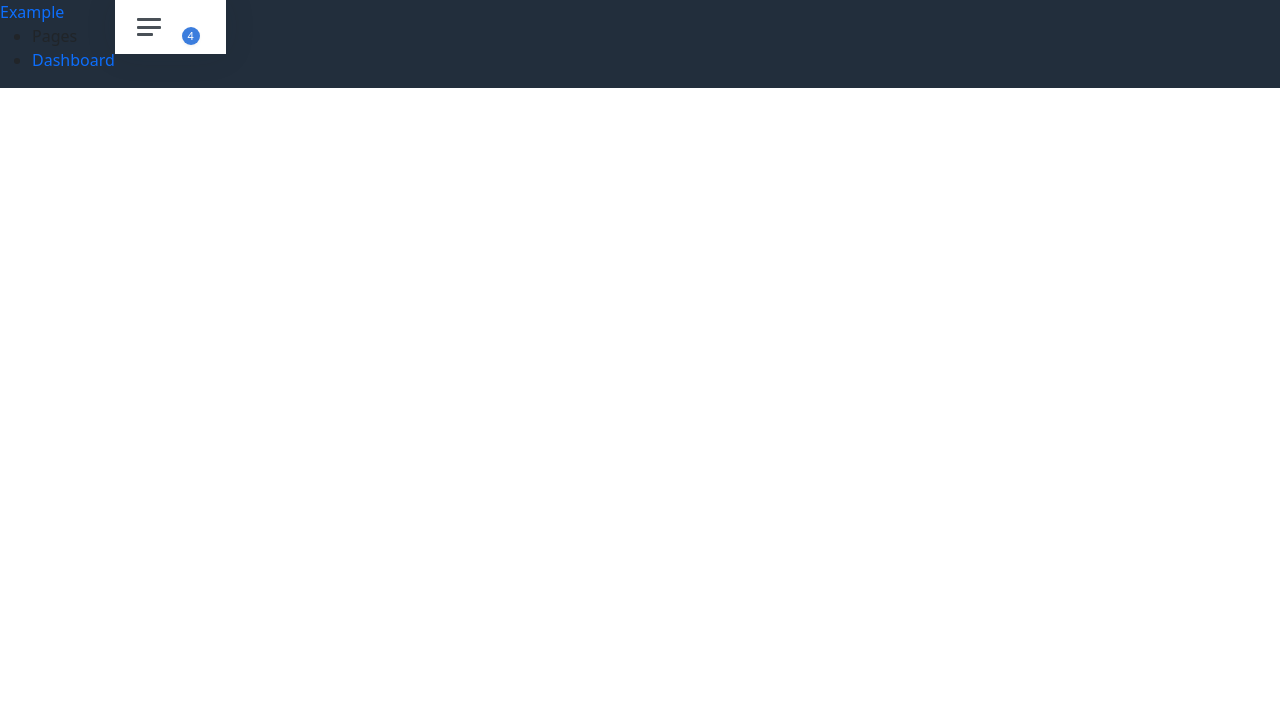
Repository: nick2price2003/rr-app
Page: /
The author's editor kept a copy of each file at every save. The page is drawn from the files as they stood at one save, then again after the next save.
The browser window is 1280 px wide. The pictures show the whole page.
The project was rebuilt for these pictures with package versions that can differ from the ones it lists, and the page was loaded fresh each time. The framework's server and built-in components were replaced by stand-ins that run in the browser. Also part of the build but not shown: next.config.js.

Above is the page before, as saved 2022-10-11 12:53:41.

### pages/index.js
import Head from "next/head";

export default function Home() {
  return (
    <div>
      <Head>
        <title>RR Example</title>
        <meta name='description' content='Generated by create next app' />
        <link rel='icon' href='/favicon.ico' />
      </Head>

      <div className='wrapper'>
        <nav id='sidebar' classNameName='sidebar js-sidebar'>
          <div classNameName='sidebar-content js-simplebar'>
            <a classNameName='sidebar-brand' href='index.html'>
              <span classNameName='align-middle'>Example</span>
            </a>

            <ul classNameName='sidebar-nav'>
              <li classNameName='sidebar-header'>Pages</li>

              <li classNameName='sidebar-item active'>
                <a classNameName='sidebar-link' href='index.html'>
                  <i classNameName='align-middle' data-feather='sliders'></i>{" "}
                  <span classNameName='align-middle'>Dashboard</span>
                </a>
              </li>
            </ul>
          </div>
        </nav>

        <div classNameName='main'>
          <nav className='navbar navbar-expand navbar-light navbar-bg'>
            <a className='sidebar-toggle js-sidebar-toggle'>
              <i className='hamburger align-self-center'></i>
            </a>

            <div className='navbar-collapse collapse'>
              <ul className='navbar-nav navbar-align'>
                <li className='nav-item dropdown'>
                  <a
                    className='nav-icon dropdown-toggle'
                    href='#'
                    id='alertsDropdown'
                    data-bs-toggle='dropdown'
                  >
                    <div className='position-relative'>
                      <i className='align-middle' data-feather='bell'></i>
                      <span className='indicator'>4</span>
                    </div>
                  </a>
                  <div
                    className='dropdown-menu dropdown-menu-lg dropdown-menu-end py-0'
                    aria-labelledby='alertsDropdown'
                  >
                    <div className='dropdown-menu-header'>
                      4 New Notifications
                    </div>
                    <div className='list-group'>
                      <a href='#' className='list-group-item'>
                        <div className='row g-0 align-items-center'>
                          <div className='col-2'>
                            <i
                              className='text-danger'
                              data-feather='alert-circle'
                            ></i>
                          </div>
                          <div className='col-10'>
                            <div className='text-dark'>Update completed</div>
                            <div className='text-muted small mt-1'>
                              Restart server 12 to complete the update.
                            </div>
                            <div className='text-muted small mt-1'>30m ago</div>
                          </div>
                        </div>
                      </a>
                      <a href='#' className='list-group-item'>
                        <div className='row g-0 align-items-center'>
                          <div className='col-2'>
                            <i className='text-warning' data-feather='bell'></i>
                          </div>
                          <div className='col-10'>
                            <div className='text-dark'>Lorem ipsum</div>
                            <div className='text-muted small mt-1'>
                              Aliquam ex eros, imperdiet vulputate hendrerit et.
                            </div>
                            <div className='text-muted small mt-1'>2h ago</div>
                          </div>
                        </div>
                      </a>
                      <a href='#' className='list-group-item'>
                        <div className='row g-0 align-items-center'>
                          <div className='col-2'>
                            <i className='text-primary' data-feather='home'></i>
                          </div>
                          <div className='col-10'>
                            <div className='text-dark'>
                              Login from 192.186.1.8
                            </div>
                            <div className='text-muted small mt-1'>5h ago</div>
                          </div>
                        </div>
                      </a>
                      <a href='#' className='list-group-item'>
                        <div className='row g-0 align-items-center'>
                          <div className='col-2'>
                            <i
                              className='text-success'
                              data-feather='user-plus'
                            ></i>
                          </div>
                          <div className='col-10'>
                            <div className='text-dark'>New connection</div>
                            <div className='text-muted small mt-1'>
                              Christina accepted your request.
                            </div>
                            <div className='text-muted small mt-1'>14h ago</div>
                          </div>
                        </div>
                      </a>
                    </div>
                    <div className='dropdown-menu-footer'>
                      <a href='#' className='text-muted'>
                        Show all notifications
                      </a>
                    </div>
                  </div>
                </li>
                <li className='nav-item dropdown'>
                  <a
                    className='nav-icon dropdown-toggle d-inline-block d-sm-none'
                    href='#'
                    data-bs-toggle='dropdown'
                  >
                    <i className='align-middle' data-feather='settings'></i>
                  </a>

                  <div className='dropdown-menu dropdown-menu-end'>
                    <a className='dropdown-item' href='pages-profile.html'>
                      <i className='align-middle me-1' data-feather='user'></i>{" "}
                      Profile
                    </a>
                    <a className='dropdown-item' href='#'>
                      <i
                        className='align-middle me-1'
                        data-feather='pie-chart'
                      ></i>{" "}
                      Analytics
                    </a>
                    <div className='dropdown-divider'></div>
                    <a className='dropdown-item' href='index.html'>
                      <i
                        className='align-middle me-1'
                        data-feather='settings'
                      ></i>{" "}
                      Settings & Privacy
                    </a>
                    <a className='dropdown-item' href='#'>
                      <i
                        className='align-middle me-1'
                        data-feather='help-circle'
                      ></i>{" "}
                      Help Center
                    </a>
                    <div className='dropdown-divider'></div>
                    <a className='dropdown-item' href='#'>
                      Log out
                    </a>
                  </div>
                </li>
              </ul>
            </div>
          </nav>
        </div>
      </div>
    </div>
  );
}

Loaded but not shown: pages/_app.js (common file); styles/globals.css (library)

After the next save:
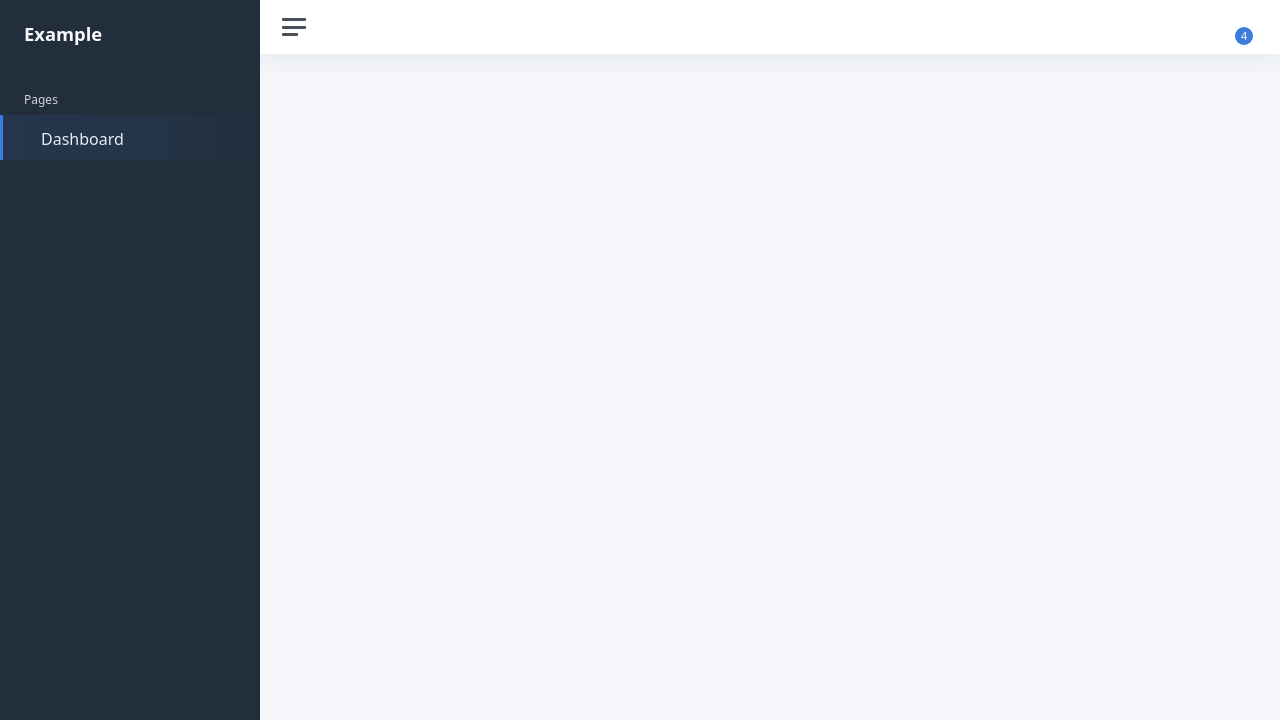
Saved 7 s later.
--- a/pages/index.js
+++ b/pages/index.js
@@ -10,26 +10,26 @@ export default function Home() {
       </Head>
 
       <div className='wrapper'>
-        <nav id='sidebar' classNameName='sidebar js-sidebar'>
-          <div classNameName='sidebar-content js-simplebar'>
-            <a classNameName='sidebar-brand' href='index.html'>
-              <span classNameName='align-middle'>Example</span>
+        <nav id='sidebar' className='sidebar js-sidebar'>
+          <div className='sidebar-content js-simplebar'>
+            <a className='sidebar-brand' href='index.html'>
+              <span className='align-middle'>Example</span>
             </a>
 
-            <ul classNameName='sidebar-nav'>
-              <li classNameName='sidebar-header'>Pages</li>
+            <ul className='sidebar-nav'>
+              <li className='sidebar-header'>Pages</li>
 
-              <li classNameName='sidebar-item active'>
-                <a classNameName='sidebar-link' href='index.html'>
-                  <i classNameName='align-middle' data-feather='sliders'></i>{" "}
-                  <span classNameName='align-middle'>Dashboard</span>
+              <li className='sidebar-item active'>
+                <a className='sidebar-link' href='index.html'>
+                  <i className='align-middle' data-feather='sliders'></i>{" "}
+                  <span className='align-middle'>Dashboard</span>
                 </a>
               </li>
             </ul>
           </div>
         </nav>
 
-        <div classNameName='main'>
+        <div className='main'>
           <nav className='navbar navbar-expand navbar-light navbar-bg'>
             <a className='sidebar-toggle js-sidebar-toggle'>
               <i className='hamburger align-self-center'></i>
